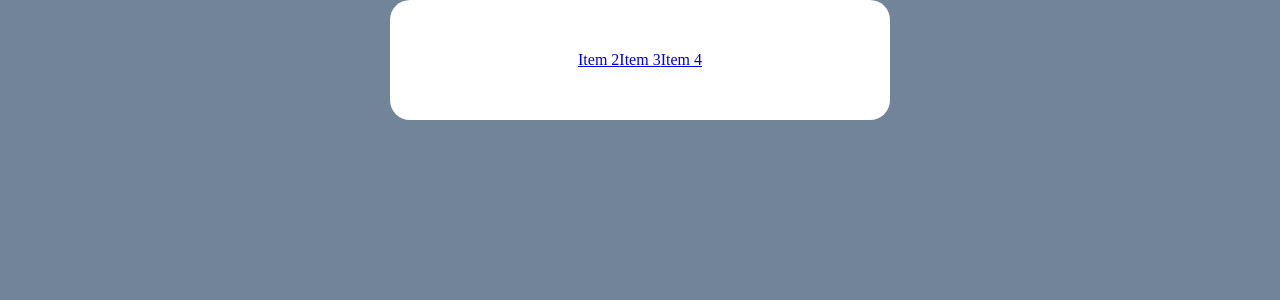
Repository: Artltzz/menu-animado
Page: index.html
These files come from the project's save history. The page is drawn as it stood at one moment and after the next save; the edit follows.
The browser window is 1280 px wide. The pictures show the whole page.
Some icons come from a web library that is not loaded, so they are not drawn.

Above is the page before, as saved 2025-12-27 12:00:37.

### index.html
<!DOCTYPE html>
<html lang="pt-br">
<head>
    <meta charset="UTF-8">
    <meta name="viewport" content="width=device-width, initial-scale=1.0">
    <title>Document</title>
    <link rel="stylesheet" href="style.css">
    <link href='https://cdn.boxicons.com/3.0.6/fonts/basic/boxicons.min.css' rel='stylesheet'>
</head>
<body>

    <div class="header">
            <ul>
                <li><a href="#"><i class='bxr  bx-home'></i></a>
                </li>
                <li>
                    <i class='bxr  bx-user'></i>
                    <a href="#">Item 2</a>
                </li>
                <li>
                    <i class='bxr  bx-search'></i>

                    <a href="#">Item 3</a>
                </li>
                    <li>
                        <i class='bxr  bx-message-circle'></i>

                    <a href="#">Item 4</a>
                </li>

            </ul>


    </div>

    <script src="index.js"></script>

</body>
</html>

### style.css
*{
    margin: 0;
    padding: 0;
    box-sizing: border-box;
}

body{
    height: 100vh;
    background: #728499;
    display: flex;
    justify-content: center;

}

.header{
    position: relative;
    height: 120px;
    width: 500px;
    background: white;
    border-radius: 20px;
    display: flex;
    align-items: center;
    justify-content: center;
}

.header ul{
    position: relative;
    display: flex;
}

.header ul li{
    position: relative;
    list-style-type: none ;
}

Loaded but not shown: index.js (no stored copy; drawn as an empty file)

After the next save:
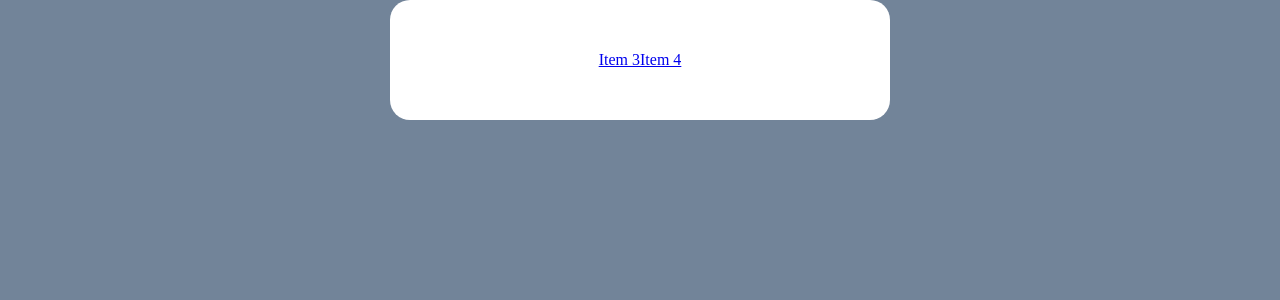
Saved 13 s later.
--- a/index.html
+++ b/index.html
@@ -15,7 +15,7 @@
                 </li>
                 <li>
                     <i class='bxr  bx-user'></i>
-                    <a href="#">Item 2</a>
+                    <a href="#"><i class='bxr  bx-user'></i> </a>
                 </li>
                 <li>
                     <i class='bxr  bx-search'></i>
